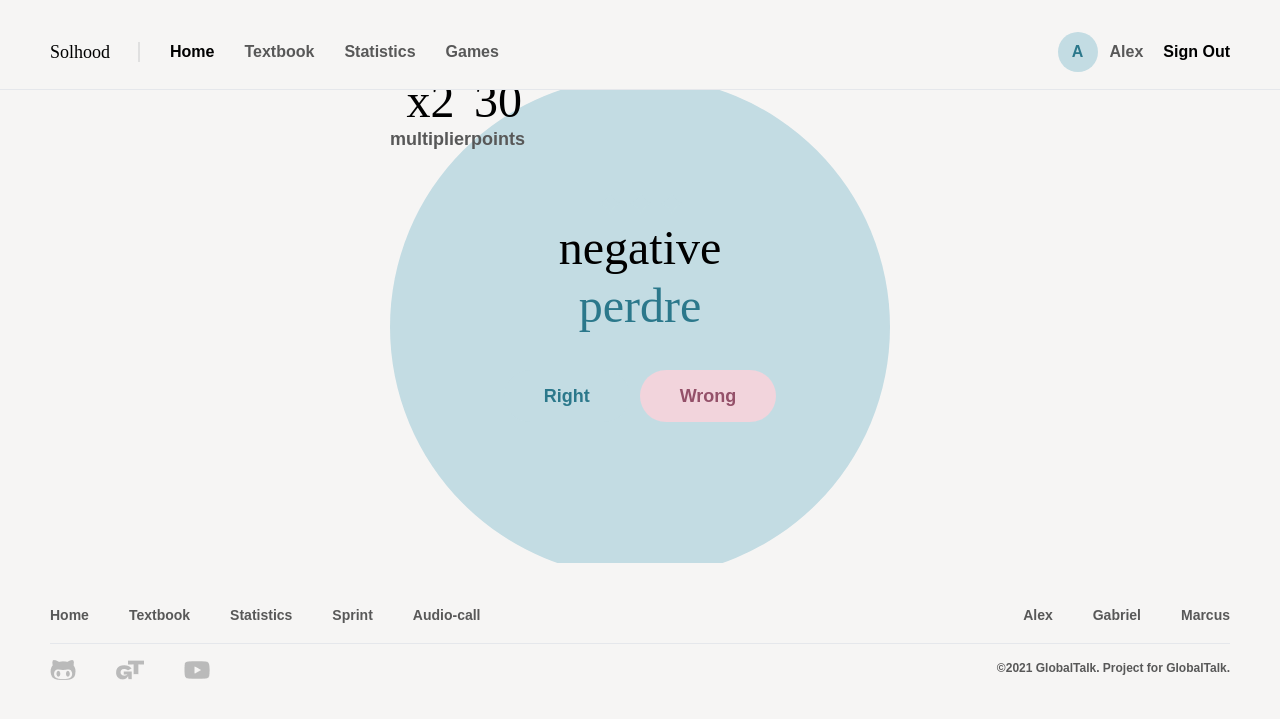
Repository: haudnn/solhood
Page: /game
An editor plug-in stored every save of this project. The page is shown before and after the next save, followed by the edit.
The browser window is 1280 px wide. The pictures show the whole page.
The project was rebuilt for these pictures with package versions that can differ from the ones it lists, and the page was loaded fresh each time. Also part of the build but not shown: src/pages/Home.tsx, src/pages/Sprint.tsx.

Above is the page before, as saved 2023-01-03 16:44:32.

### src/index.css
@tailwind base;
@tailwind components;
@tailwind utilities;

@import url('https://fonts.googleapis.com/css2?family=Dela+Gothic+One&family=Montserrat:wght@400;500;600;700&display=swap');

@layer components {
    html{
        scroll-behavior: smooth;
    }
    .app-container{
        width: 1180px !important;
        margin: 0 auto !important;
    }
    .wrapper {
        height: calc(100vh - 90px);
        overflow: hidden;
    }
    .line {
        position: relative;
    }
    .wrapper-calc {
        height: calc(100vh - 90px - 157px);
        overflow: hidden;
    }
    .line::before{
        position: absolute;
        content: "";
        right: -30px;
        border-right: 2px solid #e0e0e0 ;
        height: 20px;
        top: 50%;
        transform: translateY(-50%);
    }
    .line-long {
        position: relative;
    }
    .line-long::before{
        position: absolute;
        content: "";
        right: 0px;
        border-right: 2px solid #e0e0e0 ;
        height: 100%;
        top: 50%;
        transform: translateY(-50%);
    }
    .bridge::before {
        position: absolute;
        left:0;
        top:-16px;
        width: 100%;
        height: 20px;
        content:"";
        display: block;
    }
    .grid {
        width: 100%;
        display: block !important;
        padding: 0;
    }

    .grid.wide {
        max-width: 1200px;
        margin: 0 auto;
    }

    .row {
        display: flex;
        flex-wrap: wrap;
        margin-left: -4px;
        margin-right: -4px;
    }

    .row.no-gutters {
        margin-left: 0;
        margin-right: 0;
    }

    .col {
        padding-left: 4px;
        padding-right: 4px;
    }

    .row.no-gutters .col {
        padding-left: 0;
        padding-right: 0;
    }

    .c-0 {
        display: none;
    }

    .c-1 {
        flex: 0 0 8.33333%;
        max-width: 8.33333%;
    }

    .c-2 {
        flex: 0 0 16.66667%;
        max-width: 16.66667%;
    }

    .c-3 {
        flex: 0 0 25%;
        max-width: 25%;
    }

    .c-4 {
        flex: 0 0 33.33333%;
        max-width: 33.33333%;
    }

    .c-5 {
        flex: 0 0 41.66667%;
        max-width: 41.66667%;
    }

    .c-6 {
        flex: 0 0 50%;
        max-width: 50%;
    }

    .c-7 {
        flex: 0 0 58.33333%;
        max-width: 58.33333%;
    }

    .c-8 {
        flex: 0 0 66.66667%;
        max-width: 66.66667%;
    }

    .c-9 {
        flex: 0 0 75%;
        max-width: 75%;
    }

    .c-10 {
        flex: 0 0 83.33333%;
        max-width: 83.33333%;
    }

    .c-11 {
        flex: 0 0 91.66667%;
        max-width: 91.66667%;
    }

    .c-12 {
        flex: 0 0 100%;
        max-width: 100%;
    }

    .c-o-1 {
        margin-left: 8.33333%;
    }

    .c-o-2 {
        margin-left: 16.66667%;
    }

    .c-o-3 {
        margin-left: 25%;
    }

    .c-o-4 {
        margin-left: 33.33333%;
    }

    .c-o-5 {
        margin-left: 41.66667%;
    }

    .c-o-6 {
        margin-left: 50%;
    }

    .c-o-7 {
        margin-left: 58.33333%;
    }

    .c-o-8 {
        margin-left: 66.66667%;
    }

    .c-o-9 {
        margin-left: 75%;
    }

    .c-o-10 {
        margin-left: 83.33333%;
    }

    .c-o-11 {
        margin-left: 91.66667%;
    }

    /* >= Tablet */
    @media (min-width: 740px) {
        .row {
            margin-left: -8px;
            margin-right: -8px;
        }

        .col {
            padding-left: 8px;
            padding-right: 8px;
        }

        .m-0 {
            display: none;
        }

        .m-1,
        .m-2,
        .m-3,
        .m-4,
        .m-5,
        .m-6,
        .m-7,
        .m-8,
        .m-9,
        .m-10,
        .m-11,
        .m-12 {
            display: block;
        }

        .m-1 {
            flex: 0 0 8.33333%;
            max-width: 8.33333%;
        }

        .m-2 {
            flex: 0 0 16.66667%;
            max-width: 16.66667%;
        }

        .m-3 {
            flex: 0 0 25%;
            max-width: 25%;
        }

        .m-4 {
            flex: 0 0 33.33333%;
            max-width: 33.33333%;
        }

        .m-5 {
            flex: 0 0 41.66667%;
            max-width: 41.66667%;
        }

        .m-6 {
            flex: 0 0 50%;
            max-width: 50%;
        }

        .m-7 {
            flex: 0 0 58.33333%;
            max-width: 58.33333%;
        }

        .m-8 {
            flex: 0 0 66.66667%;
            max-width: 66.66667%;
        }

        .m-9 {
            flex: 0 0 75%;
            max-width: 75%;
        }

        .m-10 {
            flex: 0 0 83.33333%;
            max-width: 83.33333%;
        }

        .m-11 {
            flex: 0 0 91.66667%;
            max-width: 91.66667%;
        }

        .m-12 {
            flex: 0 0 100%;
            max-width: 100%;
        }

        .m-o-1 {
            margin-left: 8.33333%;
        }

        .m-o-2 {
            margin-left: 16.66667%;
        }

        .m-o-3 {
            margin-left: 25%;
        }

        .m-o-4 {
            margin-left: 33.33333%;
        }

        .m-o-5 {
            margin-left: 41.66667%;
        }

        .m-o-6 {
            margin-left: 50%;
        }

        .m-o-7 {
            margin-left: 58.33333%;
        }

        .m-o-8 {
            margin-left: 66.66667%;
        }

        .m-o-9 {
            margin-left: 75%;
        }

        .m-o-10 {
            margin-left: 83.33333%;
        }

        .m-o-11 {
            margin-left: 91.66667%;
        }
    }

    /* PC medium resolution > */
    @media (min-width: 1113px) {
        .row {
            margin-left: -12px;
            margin-right: -12px;
        }

        .row.sm-gutter {
            margin-left: -5px;
            margin-right: -5px;
        }

        .col {
            padding-left: 12px;
            padding-right: 12px;
        }

        .row.sm-gutter .col {
            padding-left: 5px;
            padding-right: 5px;
        }

        .l-0 {
            display: none;
        }

        .l-1,
        .l-2,
        .l-2-4,
        .l-3,
        .l-4,
        .l-5,
        .l-6,
        .l-7,
        .l-8,
        .l-9,
        .l-10,
        .l-11,
        .l-12 {
            display: block;
        }

        .l-1 {
            flex: 0 0 8.33333%;
            max-width: 8.33333%;
        }

        .l-2 {
            flex: 0 0 16.66667%;
            max-width: 16.66667%;
        }

        .l-2-4 {
            flex: 0 0 20%;
            max-width: 20%;
        }

        .l-3 {
            flex: 0 0 25%;
            max-width: 25%;
        }

        .l-4 {
            flex: 0 0 33.33333%;
            max-width: 33.33333%;
        }

        .l-5 {
            flex: 0 0 41.66667%;
            max-width: 41.66667%;
        }

        .l-6 {
            flex: 0 0 50%;
            max-width: 50%;
        }

        .l-7 {
            flex: 0 0 58.33333%;
            max-width: 58.33333%;
        }

        .l-8 {
            flex: 0 0 66.66667%;
            max-width: 66.66667%;
        }

        .l-9 {
            flex: 0 0 75%;
            max-width: 75%;
        }

        .l-10 {
            flex: 0 0 83.33333%;
            max-width: 83.33333%;
        }

        .l-11 {
            flex: 0 0 91.66667%;
            max-width: 91.66667%;
        }

        .l-12 {
            flex: 0 0 100%;
            max-width: 100%;
        }

        .l-o-1 {
            margin-left: 8.33333%;
        }

        .l-o-2 {
            margin-left: 16.66667%;
        }

        .l-o-3 {
            margin-left: 25%;
        }

        .l-o-4 {
            margin-left: 33.33333%;
        }

        .l-o-5 {
            margin-left: 41.66667%;
        }

        .l-o-6 {
            margin-left: 50%;
        }

        .l-o-7 {
            margin-left: 58.33333%;
        }

        .l-o-8 {
            margin-left: 66.66667%;
        }

        .l-o-9 {
            margin-left: 75%;
        }

        .l-o-10 {
            margin-left: 83.33333%;
        }

        .l-o-11 {
            margin-left: 91.66667%;
        }
    }

    /* Tablet - PC low resolution */
    @media (min-width: 740px) and (max-width: 1023px) {
        .wide {
            width: 644px;
        }
    }

    /* > PC low resolution */
    @media (min-width: 1024px) and (max-width: 1239px) {
        .wide {
            width: 984px;
        }

        .wide .row {
            margin-left: -12px;
            margin-right: -12px;
        }

        .wide .row.sm-gutter {
            margin-left: -5px;
            margin-right: -5px;
        }

        .wide .col {
            padding-left: 12px;
            padding-right: 12px;
        }

        .wide .row.sm-gutter .col {
            padding-left: 5px;
            padding-right: 5px;
        }

        .wide .l-0 {
            display: none;
        }

        .wide .l-1,
        .wide .l-2,
        .wide .l-2-4,
        .wide .l-3,
        .wide .l-4,
        .wide .l-5,
        .wide .l-6,
        .wide .l-7,
        .wide .l-8,
        .wide .l-9,
        .wide .l-10,
        .wide .l-11,
        .wide .l-12 {
            display: block;
        }

        .wide .l-1 {
            flex: 0 0 8.33333%;
            max-width: 8.33333%;
        }

        .wide .l-2 {
            flex: 0 0 16.66667%;
            max-width: 16.66667%;
        }

        .wide .l-2-4 {
            flex: 0 0 20%;
            max-width: 20%;
        }

        .wide .l-3 {
            flex: 0 0 25%;
            max-width: 25%;
        }

        .wide .l-4 {
            flex: 0 0 33.33333%;
            max-width: 33.33333%;
        }

        .wide .l-5 {
            flex: 0 0 41.66667%;
            max-width: 41.66667%;
        }

        .wide .l-6 {
            flex: 0 0 50%;
            max-width: 50%;
        }

        .wide .l-7 {
            flex: 0 0 58.33333%;
            max-width: 58.33333%;
        }

        .wide .l-8 {
            flex: 0 0 66.66667%;
            max-width: 66.66667%;
        }

        .wide .l-9 {
            flex: 0 0 75%;
            max-width: 75%;
        }

        .wide .l-10 {
            flex: 0 0 83.33333%;
            max-width: 83.33333%;
        }

        .wide .l-11 {
            flex: 0 0 91.66667%;
            max-width: 91.66667%;
        }

        .wide .l-12 {
            flex: 0 0 100%;
            max-width: 100%;
        }

        .wide .l-o-1 {
            margin-left: 8.33333%;
        }

        .wide .l-o-2 {
            margin-left: 16.66667%;
        }

        .wide .l-o-3 {
            margin-left: 25%;
        }

        .wide .l-o-4 {
            margin-left: 33.33333%;
        }

        .wide .l-o-5 {
            margin-left: 41.66667%;
        }

        .wide .l-o-6 {
            margin-left: 50%;
        }

        .wide .l-o-7 {
            margin-left: 58.33333%;
        }

        .wide .l-o-8 {
            margin-left: 66.66667%;
        }

        .wide .l-o-9 {
            margin-left: 75%;
        }

        .wide .l-o-10 {
            margin-left: 83.33333%;
        }

        .wide .l-o-11 {
            margin-left: 91.66667%;
        }
    }
}

### src/App.tsx
import "./App.css";
import { BrowserRouter } from 'react-router-dom';
import RouterConfig from './config/RouterConfig';
import Footer from "./components/Layout/Footer";
import Header from "./components/Layout/Header";
function App() {
  return (
    <div className="App font-montserrat">
      <BrowserRouter>
        <Header />
        <RouterConfig/>
        <Footer/>
      </BrowserRouter>
    </div>
  );
}

export default App;

### src/config/RouterConfig.tsx
import React from 'react'
import { Routes, Route } from 'react-router-dom';
import {router} from '../constants';
const RouterConfig = () => {
  return (
    <Routes>
    {router.map(({ path, component }) => (
      <Route key={path} path={path} element={component} />
    ))}
  </Routes>
  )
}

export default RouterConfig

### src/components/Layout/Footer.tsx
import React from "react";
import github from '../../assets/imgs/github.png';
import GT from '../../assets/imgs/GT.png'
import youtube from '../../assets/imgs/youtube.png'
const Footer = () => {
  return (
    <footer>
      <div className="bg-greyligt py-[40px]">
        <div className="app-container">
          <div className="pb-4 border-b border-solid boder-[greymedium]">
            <div className="grid">
              <div className="row">
                <div className="col l-6">
                  <ul className="flex items-center gap-x-10">
                    <li>
                      <a
                        className="text-sm font-semibold text-greydark"
                        href="/"
                      >
                        Home
                      </a>
                    </li>
                    <li>
                      <a
                        className="text-sm font-semibold text-greydark"
                        href="/"
                      >
                        Textbook
                      </a>
                    </li>
                    <li>
                      <a
                        className="text-sm font-semibold text-greydark"
                        href="/"
                      >
                        Statistics
                      </a>
                    </li>
                    <li>
                      <a
                        className="text-sm font-semibold text-greydark"
                        href="/"
                      >
                        Sprint
                      </a>
                    </li>
                    <li>
                      <a
                        className="text-sm font-semibold text-greydark"
                        href="/"
                      >
                        Audio-call
                      </a>
                    </li>
                  </ul>
                </div>
                <div className="col l-6">
                  <ul className="flex items-center justify-end gap-x-10">
                    <li>
                      <a
                        className="text-sm font-semibold text-greydark"
                        href="/"
                      >
                        Alex
                      </a>
                    </li>
                    <li>
                      <a
                        className="text-sm font-semibold text-greydark"
                        href="/"
                      >
                        Gabriel
                      </a>
                    </li>
                    <li>
                      <a
                        className="text-sm font-semibold text-greydark"
                        href="/"
                      >
                        Marcus
                      </a>
                    </li>
                  </ul>
                </div>
              </div>
            </div>
          </div>
          <div className="pt-4">
            <div className="grid">
              <div className="row">
                <div className="col l-6">
                  <ul className="flex items-center gap-x-10">
                    <li>
                      <a href="/">
                        <img src={github} alt="" />
                      </a>
                    </li>
                    <li>
                      <a href="/">
                        <img src={GT} alt="" />
                      </a>
                    </li>
                    <li>
                      <a href="/">
                        <img src={youtube} alt="" />
                      </a>
                    </li>
                  </ul>
                </div>
                <div className="col l-6">
                  <div className="flex items-center justify-end">
                    <span className="text-xs font-semibold text-greydark ">
                      ©2021 GlobalTalk. Project for GlobalTalk.
                    </span>
                  </div>
                </div>
              </div>
            </div>
          </div>
        </div>
      </div>
    </footer>
  );
};

export default Footer;

### src/components/Layout/Header.tsx
import React from "react";

const Header = () => {
  return (
      <header className="py-8 border-b border-solid border-[grey-dark] bg-greyligt max-h-[90px]">
        <div className="app-container">
          <div className="grid">
            <div className="row">
              <div className="col l-6">
                <div className="flex items-center gap-x-[60px] h-full">
                  <div className="line">
                    <a href="/" className="text-lg text-black font-dela">Solhood</a>
                  </div>
                  <div className="">
                    <ul className="flex items-center gap-x-[30px]">
                      <li>
                        <a
                          className="text-base font-semibold text-black"
                          href="/"
                        >
                          Home
                        </a>
                      </li>
                      <li>
                        <a
                          className="text-base font-semibold text-greydark"
                          href="/"
                        >
                          Textbook
                        </a>
                      </li>
                      <li>
                        <a
                          className="text-base font-semibold text-greydark"
                          href="/"
                        >
                          Statistics
                        </a>
                      </li>
                      <li className="relative group">
                        <a
                          className="text-base font-semibold text-greydark"
                          href="/"
                        >
                          Games
                        </a>
                        <div className="z-10 group-hover:block hidden absolute bg-white rounded-xl shadow-lg w-[215px] p-5 top-10 bridge">
                          <ul>
                            <li className="mb-2 text-base font-semibold text-greydark">
                              <a href="/sprint">Sprint</a>
                            </li>
                            <li>
                              <a href="/" className="text-base font-semibold text-greydark">Audio call</a>
                            </li>
                          </ul>
                        </div>
                      </li>
                    </ul>
                  </div>
                </div>
              </div>
              <div className="col l-6">
                <div className="flex justify-end">
                  <div className="flex items-center mr-5 gap-x-3">
                    <div className="flex items-center justify-center w-10 h-10 rounded-[50%] bg-cyanlight">
                      <span className="text-base font-semibold text-cyandark">
                        A
                      </span>
                    </div>
                    <span className="text-base font-semibold text-greydark">
                      Alex
                    </span>
                  </div>
                  <div className="flex items-center">
                    <a href="/" className="text-base font-semibold text-black">
                      Sign Out
                    </a>
                  </div>
                </div>
              </div>
            </div>
          </div>
        </div>
      </header>
  );
};

export default Header;

### src/constants/index.ts
import router from "./router"

export {router}

### src/constants/router.tsx
import Game from "../pages/Game";
import Home from "../pages/Home";
import Sprint from "../pages/Sprint";
const router = [
 {
    path: '/',
    component: <Home />,
 },
 {
   path: '/sprint',
   component: <Sprint />,
 },
 {
  path: '/game',
   component: <Game />,
 }

]
export default router;

### src/pages/Game.tsx
import React from "react";
import level from "../assets/imgs/level.png";
const Game = () => {
  return (
    <div className="game bg-greyligt">
      <div className="flex items-center justify-center wrapper-calc">
        <div className="w-[500px] h-[500px] rounded-[50%] bg-cyanlight">
          <div>
            <div className="flex items-center mb-10">
              <div className="flex flex-col items-center">
                <p className="text-5xl font-dela">x2</p>
                <p className="text-lg font-semibold text-greydark">
                  multiplier
                </p>
              </div>
              <div className="flex flex-col items-center">
                <p className="text-5xl font-dela">30</p>
                <p className="text-lg font-semibold text-greydark">points</p>
              </div>
            </div>
            <div className="mb-10">
              <div className="flex items-center justify-center gap-x-[10px] mb-[10px]">
                <div>
                  <img
                    src={level}
                    alt=""
                    className="object-cover w-full h-full"
                  />
                </div>
                <div>
                  <img
                    src={level}
                    alt=""
                    className="object-cover w-full h-full"
                  />
                </div>
                <div>
                  <img
                    src={level}
                    alt=""
                    className="object-cover w-full h-full"
                  />
                </div>
              </div>
              <div>
                <p className="text-5xl font-dela mb-[10px] text-center">
                  negative
                </p>
                <p className="text-5xl font-dela mb-[10px] text-cyandark text-center">
                  perdre
                </p>
              </div>
            </div>
            <div className="flex items-center justify-center gap-x-[10px]">
              <button className="px-10 py-3 rounded-full bg-cyanlight">
                <span className="text-lg font-bold text-cyandark">Right</span>
              </button>
              <button className="px-10 py-3 rounded-full bg-pinklight">
                <span className="text-lg font-bold text-pinkdark">Wrong</span>
              </button>
            </div>
          </div>
        </div>
      </div>
    </div>
  );
};

export default Game;

### tailwind.config.js
/** @type {import('tailwindcss').Config} */
module.exports = {
  content: ["./src/**/*.{html,jsx,js,tsx}"],
  theme: {
    fontFamily: {
      dela: ["Dela Gothic One", "cursive"],
      montserrat: ["Montserrat", "sans-serif"],
    },
    extend: {
      colors: {
        cyandesign: "#5996a5",
        cyandark: "#2b788b",
        cyanlight: "#c3dce3",
        pinkdesign: "#a15993",
        pinkdark: "#945069",
        pinklight: "#f2d4dc",
        black: "#000000",
        greyligt: "#f6f5f4",
        greymedium: "#e0e0e0",
        greyicon: "#bababa",
        greydark: "#585858",
        greendesign: "#639b6d",
        reddesign: "#a95151",
        yellowdesign: "#c4a24c",
        orangedesign: "#cb5b43",
      },
    },
  },
  plugins: [],
}

Loaded but not shown: public/index.html (common file); src/index.tsx (common file); src/App.css (common file)

After the next save:
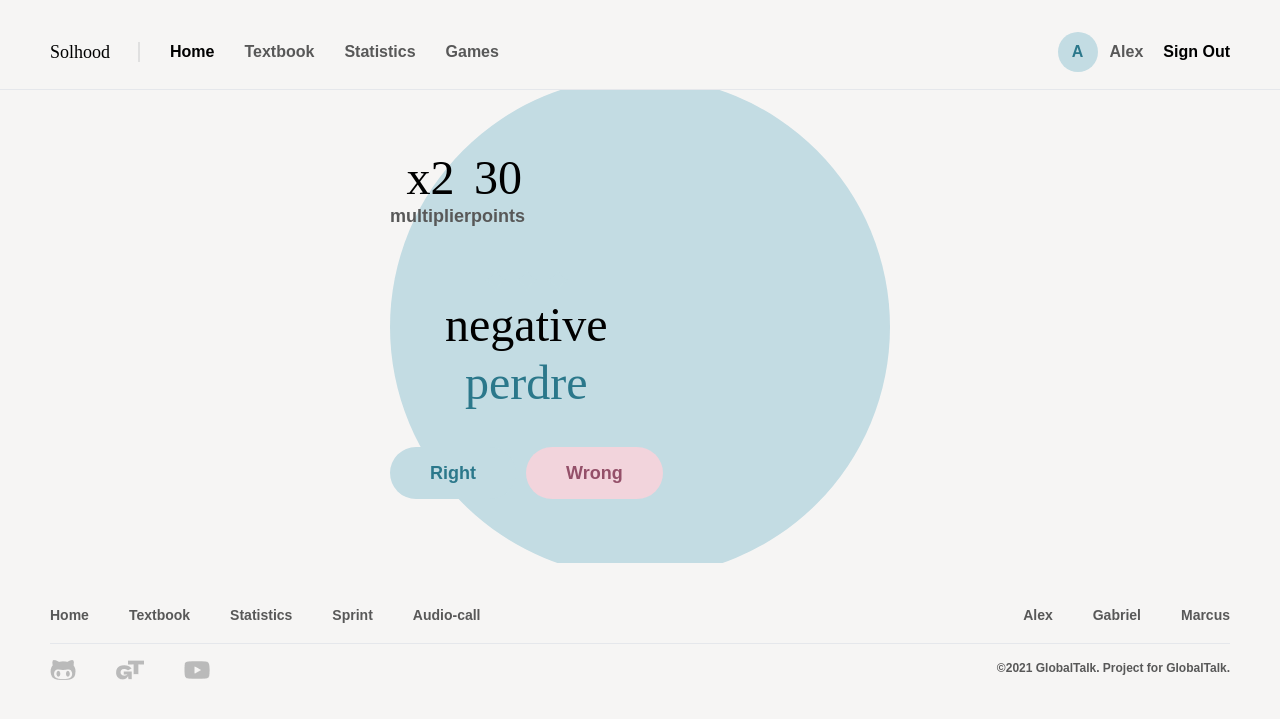
Saved 39 s later.
--- a/src/pages/Game.tsx
+++ b/src/pages/Game.tsx
@@ -4,8 +4,8 @@ const Game = () => {
   return (
     <div className="game bg-greyligt">
       <div className="flex items-center justify-center wrapper-calc">
-        <div className="w-[500px] h-[500px] rounded-[50%] bg-cyanlight">
-          <div>
+        <div className="w-[500px] h-[500px] rounded-[50%] bg-cyanlight flex items-center">
+          <div >
             <div className="flex items-center mb-10">
               <div className="flex flex-col items-center">
                 <p className="text-5xl font-dela">x2</p>
